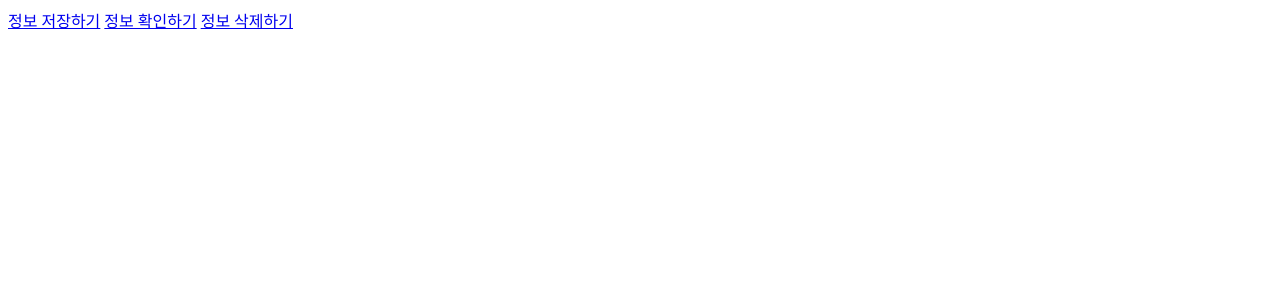
Repository: kdh4357065/3_highjava
Page: http://localhost/webTest/basic/session/sessionTest.jsp
These files come from the project's save history. The page is drawn as it stood at one moment and after the next save; the edit follows.
The browser window is 1280 px wide. The pictures show the whole page.
The page is served by Tomcat 9. Other server files are loaded and not shown.

Above is the page before, as saved 2023-03-30 02:22:26.

### WorkSpace/webTest/src/main/webapp/basic/session/sessionTest.jsp
<%@ page language="java" contentType="text/html; charset=UTF-8"
    pageEncoding="UTF-8"%>
<!DOCTYPE html>
<html>
<head>
<meta charset="UTF-8">
<title>Session 연습</title>
</head>
<body>
<a href="<%=request.getContextPath() %>/sessionAdd.do">정보 저장하기</a>
<a href="<%=request.getContextPath() %>/sessionRead.do">정보 확인하기</a>
<a href="<%=request.getContextPath() %>/sessionDel.do">정보 삭제하기</a>
</body>
</html>

After the next save:
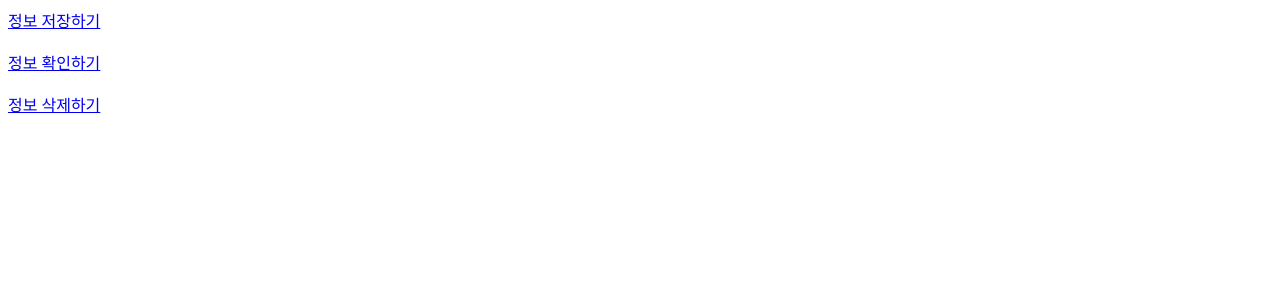
Saved 41 s later.
--- a/WorkSpace/webTest/src/main/webapp/basic/session/sessionTest.jsp
+++ b/WorkSpace/webTest/src/main/webapp/basic/session/sessionTest.jsp
@@ -7,8 +7,8 @@
 <title>Session 연습</title>
 </head>
 <body>
-<a href="<%=request.getContextPath() %>/sessionAdd.do">정보 저장하기</a>
-<a href="<%=request.getContextPath() %>/sessionRead.do">정보 확인하기</a>
+<a href="<%=request.getContextPath() %>/sessionAdd.do">정보 저장하기</a><br><br>
+<a href="<%=request.getContextPath() %>/sessionRead.do">정보 확인하기</a><br><br>
 <a href="<%=request.getContextPath() %>/sessionDel.do">정보 삭제하기</a>
 </body>
 </html>
